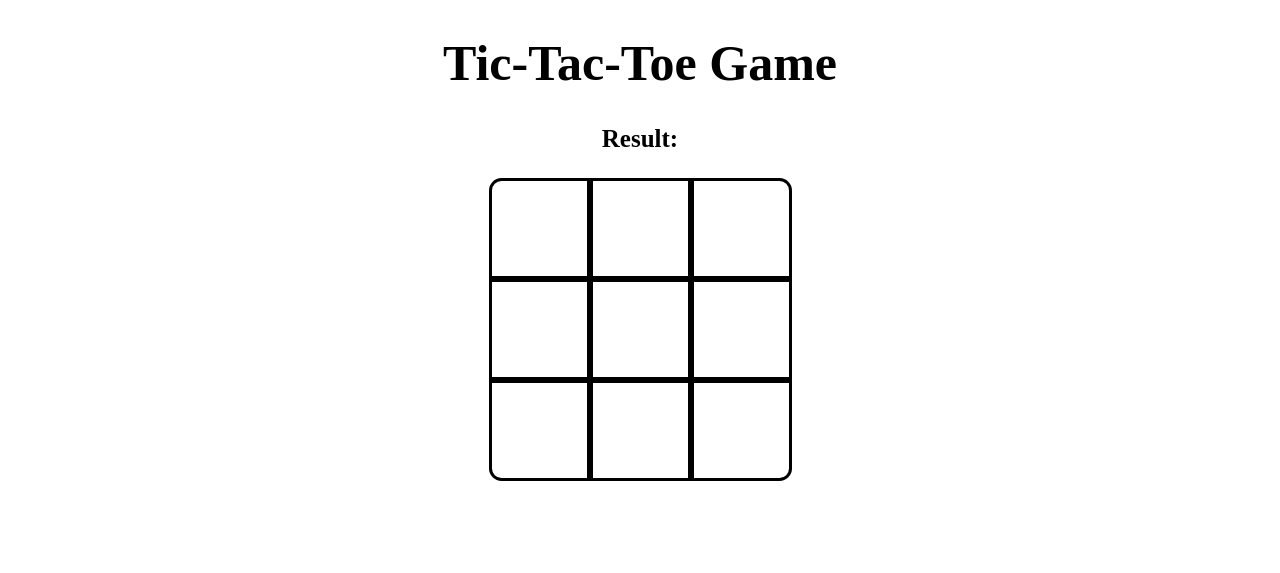
Repository: 0101chaitanya/Tic-Tac-Toe
Page: index.html
An editor plug-in stored every save of this project. The page is shown before and after the next save, followed by the edit.
The browser window is 1280 px wide. The pictures show the whole page.

Above is the page before, as saved 2021-06-10 12:48:00.

### index.html
<!DOCTYPE html>
<html>
    <head>
<meta charset="utf-8">
<title>Tic-Tac-Toe Game</title>
<link rel="stylesheet" href="styles.css">
    </head>
<body>
    <h1 id="heading">Tic-Tac-Toe Game</h1>

    <div id = "Output">
        <p  >Result:</p>
    </div>
    <div id = "gameSquare">
    <section id = "row1">
    <div class = "r1Column"></div>
    <div class = "rlColumn"></div>
    <div class = "rlColumn"></div>
</section>
<section id = "row2">
    <div class = "r2Column"></div>
    <div class = "r2Column"></div>
    <div class = "r2Column"></div>
</section>
<section id = "row3">
    <div class = "r3Column"></div>
    <div class = "r3Column"></div>
    <div class = "r3Column"></div>
</section>
</div>
</body>
<script type="text/javascript" src="script.js"></script>
</html>

### styles.css
:root{
    text-align: center;
font-weight: bold;
}
@media  screen and (max-width: 400px){
    :root{
        font-size: 14px;
}

}
@media  screen and (min-width: 401px) and (max-width: 700px){
    :root{
        font-size: 18px;
}


}@media  screen and (min-width: 701px) {
    :root{
        font-size:25px;
}

}

#gameSquare{
     width:min-content;
    height:min-content;
    display:block;
    margin:auto;
}
#gameSquare>section:nth-child(n){
    /* border-style: solid;
     */width:min-content;
    height:min-content;
    display:flex;
    justify-content:center;
    align-items:center;
}
#gameSquare>section:nth-child(n)>div:nth-child(n){
    display:block;
    margin: auto;
    width:3.8rem;
    height:3.8rem;
border-style:solid;
border-width: 0.15rem;
}
#gameSquare>section:nth-child(1)>div:nth-child(1){
    border-top-left-radius : 0.5rem;

}
#gameSquare>section:nth-child(1)>div:nth-child(3){
    border-top-right-radius : 0.5rem;

}
#gameSquare>section:nth-child(3)>div:nth-child(1){
    border-bottom-left-radius : 0.5rem;

}

#gameSquare>section:nth-child(3)>div:nth-child(3){
    border-bottom-right-radius : 0.5rem;

}

### script.js
let eventFun = (function() {
    //init an object and return // play again
    let elementArray = [];
    let array = Array.from(document.getElementById('gameSquare').querySelectorAll('div'));
    array.forEach((item) => {
        item.addEventListener('click', showItem(item));

    });

    function showItem(item) {
        elementArray.push(item);
    }
    return { elementArray, array };
})();
console.log(eventFun.elementArray);
//console.log(document.getElementById('gameSquare').querySelectorAll('div'));

After the next save:
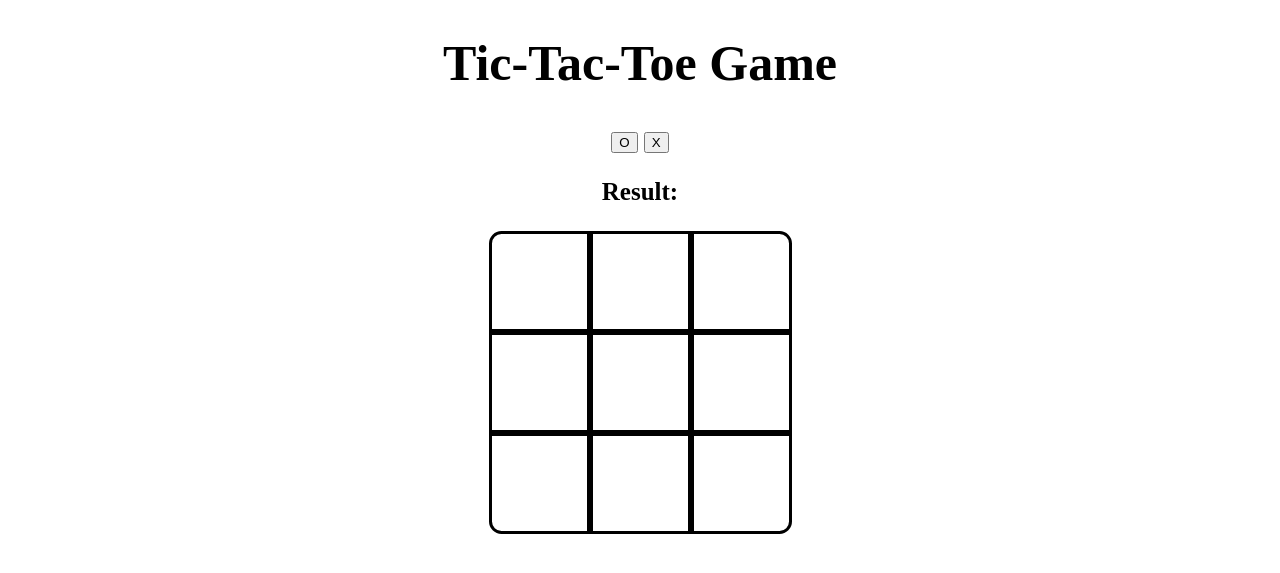
Saved 10 min 33 s later.
--- a/index.html
+++ b/index.html
@@ -1,33 +1,40 @@
 <!DOCTYPE html>
 <html>
-    <head>
-<meta charset="utf-8">
-<title>Tic-Tac-Toe Game</title>
-<link rel="stylesheet" href="styles.css">
-    </head>
+
+<head>
+    <meta charset="utf-8">
+    <title>Tic-Tac-Toe Game</title>
+    <link rel="stylesheet" href="styles.css">
+</head>
+
 <body>
     <h1 id="heading">Tic-Tac-Toe Game</h1>
+    <div>
+        <button id="oButton" type="button">O</button>
+        <button id='xButton' type="button">X</button>
 
-    <div id = "Output">
-        <p  >Result:</p>
     </div>
-    <div id = "gameSquare">
-    <section id = "row1">
-    <div class = "r1Column"></div>
-    <div class = "rlColumn"></div>
-    <div class = "rlColumn"></div>
-</section>
-<section id = "row2">
-    <div class = "r2Column"></div>
-    <div class = "r2Column"></div>
-    <div class = "r2Column"></div>
-</section>
-<section id = "row3">
-    <div class = "r3Column"></div>
-    <div class = "r3Column"></div>
-    <div class = "r3Column"></div>
-</section>
-</div>
+    <div id="Output">
+        <p>Result:</p>
+    </div>
+    <div id="gameSquare">
+        <section id="row1">
+            <div class="r1Column"></div>
+            <div class="rlColumn"></div>
+            <div class="rlColumn"></div>
+        </section>
+        <section id="row2">
+            <div class="r2Column"></div>
+            <div class="r2Column"></div>
+            <div class="r2Column"></div>
+        </section>
+        <section id="row3">
+            <div class="r3Column"></div>
+            <div class="r3Column"></div>
+            <div class="r3Column"></div>
+        </section>
+    </div>
 </body>
 <script type="text/javascript" src="script.js"></script>
+
 </html>
